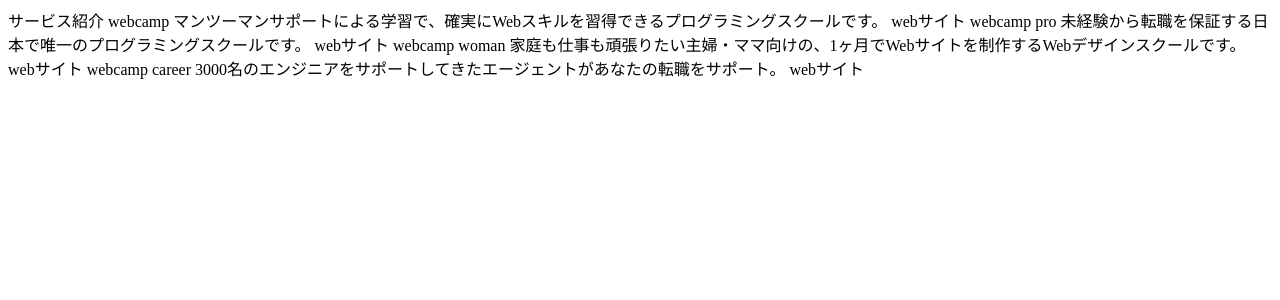
Repository: sutanuki/webcamp
Page: html,css/c2/index.html
The author's editor kept a record of every edit. The page is drawn from the files as they stood at one moment, then again after the next edit.
The browser window is 1280 px wide. The pictures show the whole page.

Above is the page before.

### html,css/c2/index.html
<!DOCTYPE html>
<html>
  <head>
    <meta charset=utf-8 />
    <title></title>
  </head>
  <body>
    サービス紹介
      webcamp
        マンツーマンサポートによる学習で、確実にWebスキルを習得できるプログラミングスクールです。
      webサイト
      webcamp pro
        未経験から転職を保証する日本で唯一のプログラミングスクールです。
        webサイト
      webcamp woman
        家庭も仕事も頑張りたい主婦・ママ向けの、1ヶ月でWebサイトを制作するWebデザインスクールです。
        webサイト
      webcamp career
        3000名のエンジニアをサポートしてきたエージェントがあなたの転職をサポート。
        webサイト
  </body>
</html>

After the next edit:
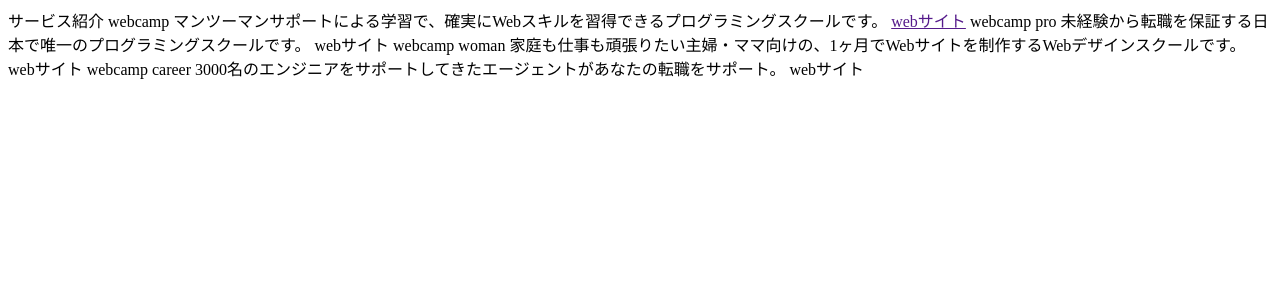
The edit:
--- a/html,css/c2/index.html
+++ b/html,css/c2/index.html
@@ -8,7 +8,7 @@
     サービス紹介
       webcamp
         マンツーマンサポートによる学習で、確実にWebスキルを習得できるプログラミングスクールです。
-      webサイト
+        <a href="">webサイト</a>
       webcamp pro
         未経験から転職を保証する日本で唯一のプログラミングスクールです。
         webサイト
